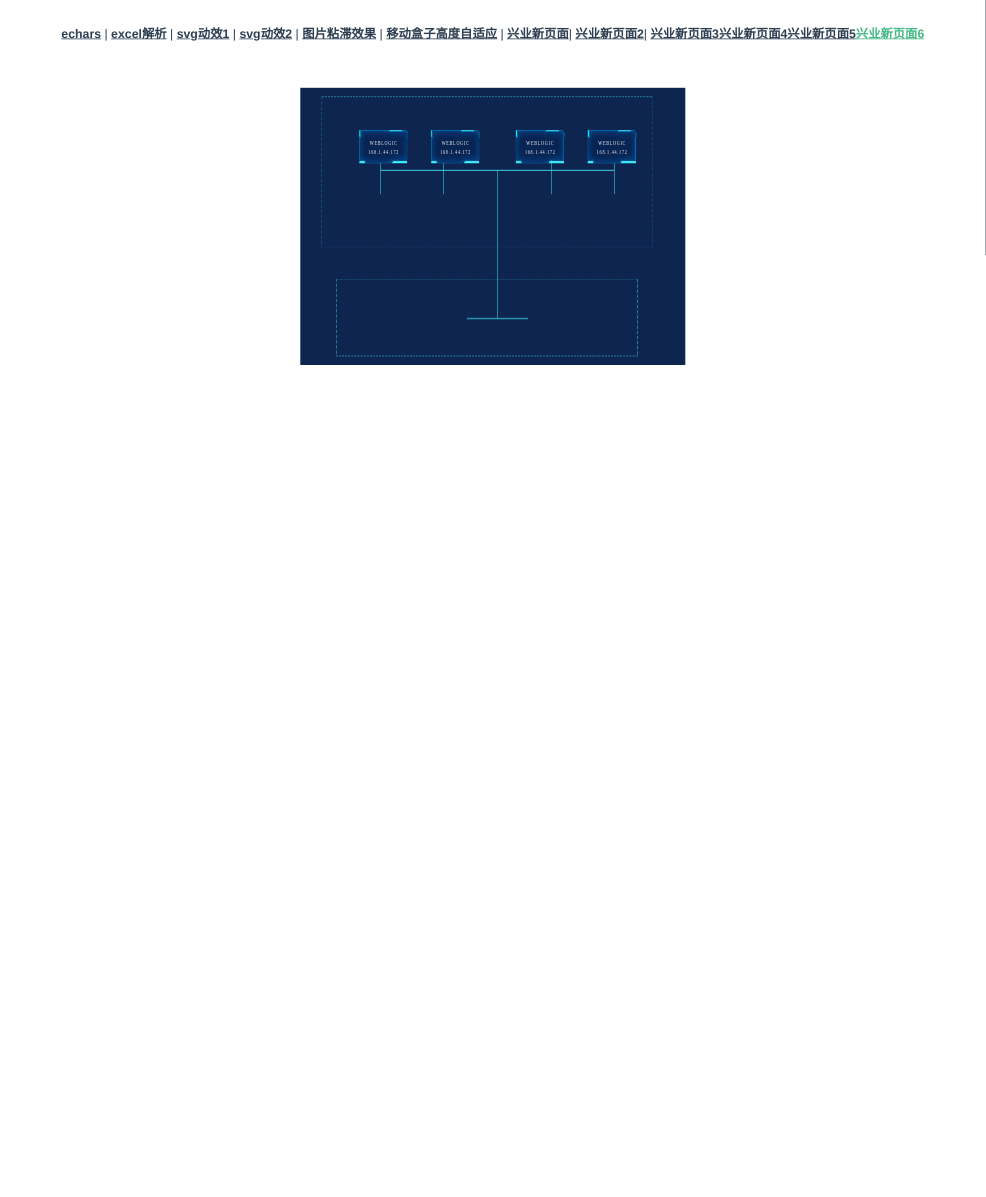
Repository: dmj199811/animation-dmj
Page: /#/work-page8
These files come from the project's save history. The page is drawn as it stood at one moment and after the next save; the edit follows.
The browser window is 1280 px wide. The pictures show the whole page, at 77% of full size.
The project was rebuilt for these pictures with package versions that can differ from the ones it lists, and the page was loaded fresh each time.

Above is the page before, as saved 2020-07-03 16:02:19.

### src/App.vue
<template>
  <div id="app">
    <div id="nav"
         v-if="this.$store.state.pageShow">
      <router-link to="/">echars</router-link> |
      <router-link to="/xlsx-example">excel解析</router-link> |
      <router-link to="/svg-example1">svg动效1</router-link> |
      <router-link to="/svg-example2">svg动效2</router-link> |
      <router-link to="/work-message">图片粘滞效果</router-link> |
      <router-link to="/work-page2">移动盒子高度自适应</router-link> |
      <router-link to="/work-page3">兴业新页面</router-link>|
      <router-link to="/work-page4">兴业新页面2</router-link>|
      <router-link to="/work-page5">兴业新页面3</router-link>
      <router-link to="/work-page6">兴业新页面4</router-link>
      <router-link to="/work-page7">兴业新页面5</router-link>
      <router-link to="/work-page8">兴业新页面6</router-link>
    </div>
    <router-view />
  </div>
</template>

<style lang="less">
body {
  margin: 0;
}
#app {
  font-family: Avenir, Helvetica, Arial, sans-serif;
  -webkit-font-smoothing: antialiased;
  -moz-osx-font-smoothing: grayscale;
  text-align: center;
  color: #2c3e50;
}

#nav {
  padding: 30px;

  a {
    font-weight: bold;
    color: #2c3e50;

    &.router-link-exact-active {
      color: #42b983;
    }
  }
}
</style>

### src/router/index.js
import Vue from 'vue'
import VueRouter from 'vue-router'

Vue.use(VueRouter)

const routes = [
  {
    path: '/',
    redirect: '/circle-echarts',
  },
  {
    path: '/circle-echarts',
    name: 'ani2',
    component: () => import('../views/circle-echarts/index.vue')
  },
  {
    path: '/xlsx-example',
    name: 'xlsx1',
    component: () => import('../views/xlsx1/index.vue')
  },
  {
    path: '/svg-example1',
    name: 'svg1',
    component: () => import('../views/svg1/index.vue')
  },
  {
    path: '/svg-example2',
    name: 'svg2',
    component: () => import('../views/svg2/index.vue')
  },
  {
    path: '/work-message',
    name: 'message1',
    component: () => import('../views/work/message/index.vue')
  },
  {
    path: '/work-page2',
    name: 'show1',
    component: () => import('../views/work/show1/index.vue')
  },
  {
    path: '/work-page3',
    name: 'show2',
    component: () => import('../views/newPage/index.vue')
  },
  {
    path: '/work-page4',
    name: 'show2',
    component: () => import('../views/newPage2/index.vue')
  },
  {
    path: '/work-page5',
    name: 'show3',
    component: () => import('../views/newPage3/index.vue')
  },
  {
    path: '/work-page6',
    name: 'show4',
    component: () => import('../views/newPage4/index.vue')
  },
  {
    path: '/work-page7',
    name: 'show5',
    component: () => import('../views/newPage5/index.vue')
  },
  {
    path: '/work-page8',
    name: 'show6',
    component: () => import('../views/newPage6/index.vue')
  },
]

const router = new VueRouter({
  routes
})

export default router

### src/views/newPage6/index.vue


<template>
<!-- 互联网统一认证系统（身份认证）_8 -->
  <div class="box">
    <div class="use-box">
      <div class="use-box-top">
        <div class="use-box-top-content">
          <div class="use-box-top-item">
            <div>WEBLOGIC</div>
            <div>168.1.44.172</div>
          </div>
          <div class="use-box-top-item">
            <div>WEBLOGIC</div>
            <div>168.1.44.172</div>
          </div>
        </div>
        <div class="use-box-top-content">
          <div class="use-box-top-item">
            <div>WEBLOGIC</div>
            <div>168.1.44.172</div>
          </div>
          <div class="use-box-top-item">
            <div>WEBLOGIC</div>
            <div>168.1.44.172</div>
          </div>
        </div>
      </div>


    </div>
  </div>
</template>
<script>
export default {
  data () {
    return {}
  },
  mounted () {
    this.fullScreen()
    let a = {
      'ATM系统': 'N',
      '网上银行域': 'E',
      'IC借记卡系统': 'N',
      'CFP系统': 'W',
      '电话银行域': 'E',
      '金卡系统': 'N',
      '零售信贷系统': 'W',
      '联机交易转发平台': 'N',
      '核心联机交易平台': 'E',
      'OFEP': 'W',
      '会计辅助管理系统': 'W',
      '业务策略管控平台': 'E',
      '历史检索系统': 'N',
      '企业数据集成平台': 'N',
      '银联数据综合前置系统': 'E',
      '理财卡外包制卡系统': 'W',
      '数据仓库系统': 'E',
      '统一报表系统': 'W',
      '企业CRM系统': 'N'
    }

    this.dataToArray(a)
    window.onresize = () => {
      this.fullScreen()
    }
  },
  methods: {
    fullScreen () {
      $('.box').css('transform', `scale(${document.documentElement.clientWidth / 3840},${document.documentElement.clientHeight / 1440})`)
    },
    dataToArray (data) {

    }
  }
}
</script>
<style lang="less">
.box {
  text-align: left;
  transform-origin: 0 0;
  width: 3840px;
  height: 1440px;
}
.use-box {
  font-size: 18px;
  width: 1500px;
  box-sizing: border-box;
  height: 720px;
  background: #0e2550;
  margin: 0 auto;
  color: white;
  background-image: url(./img/bg-line.png);
  background-size: 97% 100%;
}
.use-box div {
  box-sizing: border-box;
}
.use-box-top {
  display: inline-block;
  // background-color: #eee;
  width: 1320px;
  height: 375px;
  box-sizing: border-box;
  margin-top: 30px;
  margin-left: 90px;
  display: flex;
}

.use-box-top-content {
  box-sizing: border-box;
  // background-color: #e9e9;
  width: 450px;
  height: 305px;
  margin-left: 160px;
  margin-top: 20px;
  display: flex;
  align-content: space-around;
}

.use-box-top-item {
  width: 203px;
  height: 86px;
  // line-height: 86px;
  text-align: center;
  background-image: url(./img/leftBlue.png);
  background-size: 100% 100%;
  font-size:16px;
  font-family:Adobe Heiti Std;
  font-weight:normal;
  color:rgba(255,255,255,1);
  line-height:25px;
  display: block;
  margin-top: 90px;
  padding-top: 20px;
  letter-spacing: 3px;
  margin-left: 20px;
  // display: flex;
  // justify-content: center;
  // align-items: center;
}
.use-box-top-item div {
  display: block;
  width: 100%;
}

.use-box-top-item:nth-child(1) {
  margin-left: -20px;
}

.use-box-top-item:nth-child(2) {
  margin-left: 90px;
}


</style>

Loaded but not shown: public/index.html (common file); src/main.js (common file); src/store/index.js (common file)

After the next save:
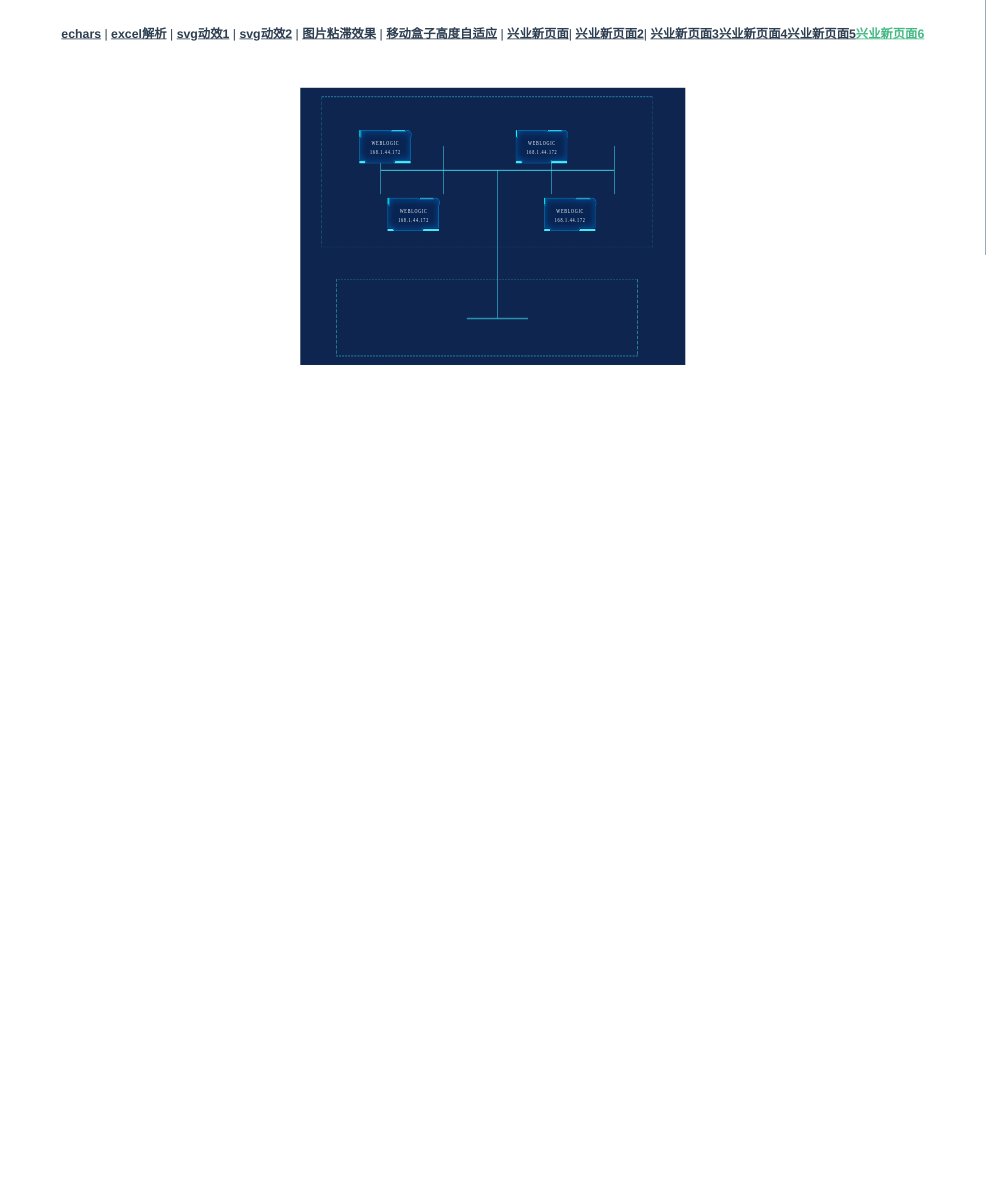
Saved 24 s later.
--- a/src/views/newPage6/index.vue
+++ b/src/views/newPage6/index.vue
@@ -114,8 +114,7 @@ export default {
   height: 305px;
   margin-left: 160px;
   margin-top: 20px;
-  display: flex;
-  align-content: space-around;
+
 }
 
 .use-box-top-item {
